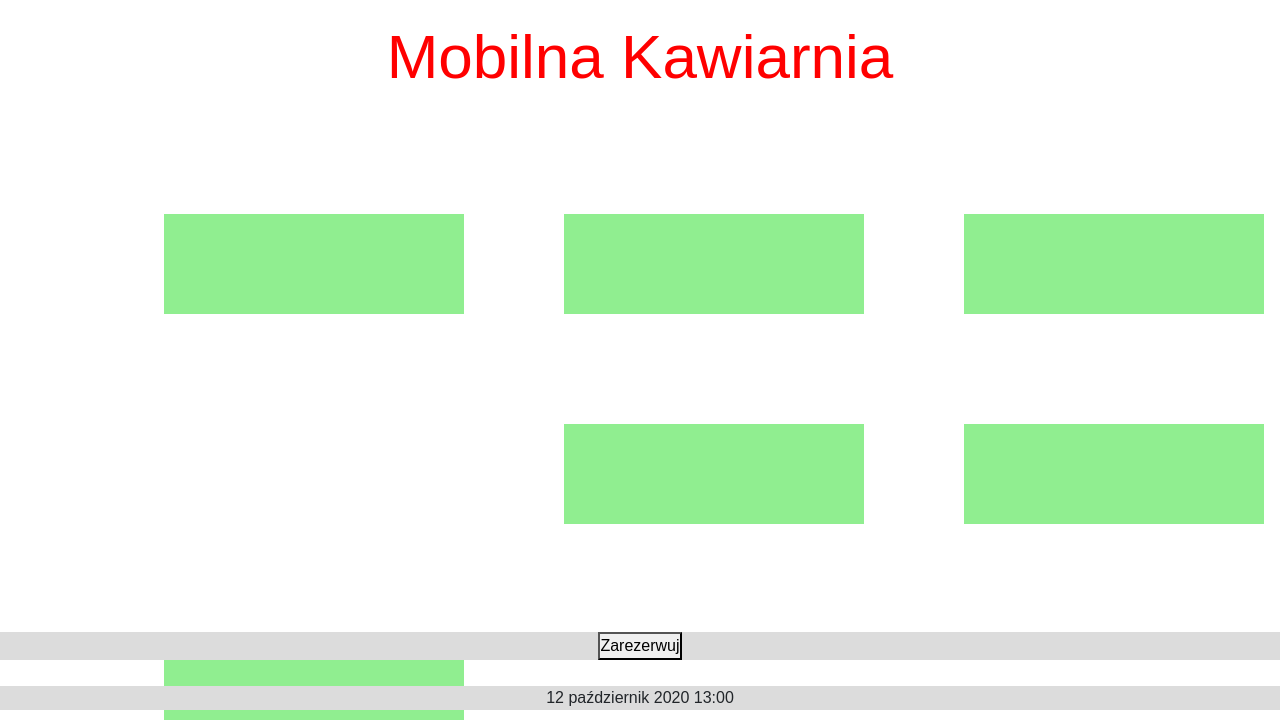
Repository: K009/MobilnaKawiarnia
Page: index.html
The author's editor kept a copy of each file at every save. The page is drawn from the files as they stood at one save, then again after the next save.
The browser window is 1280 px wide. The pictures show the whole page.

Above is the page before, as saved 2020-12-23 17:06:38.

### index.html
<html>
  <head>
    <title>Mobilna Kawiarnia</title>
    <link rel="stylesheet" href="style.css" />
    <script src="scripts.js"></script>
    <link href="https://cdn.jsdelivr.net/npm/bootstrap@5.0.0-beta1/dist/css/bootstrap.min.css" rel="stylesheet" integrity="sha384-giJF6kkoqNQ00vy+HMDP7azOuL0xtbfIcaT9wjKHr8RbDVddVHyTfAAsrekwKmP1" crossorigin="anonymous">
    <script src="https://cdn.jsdelivr.net/npm/bootstrap@5.0.0-beta1/dist/js/bootstrap.bundle.min.js" integrity="sha384-ygbV9kiqUc6oa4msXn9868pTtWMgiQaeYH7/t7LECLbyPA2x65Kgf80OJFdroafW" crossorigin="anonymous"></script>
  </head>
  <body>
    <div class="main">
        <div class="logo">
          <h1><a href="">Mobilna Kawiarnia</a></h1>
        </div>

        <div id="center">

            <div class="tableUp">
                <svg class ="table" width="300" height="110">
                    <rect class ="table" width="300" height="100"/>
                  </svg>
            </div>

            <div class="tableUp">
                <svg width="300" height="110">
                    <rect class ="table" width="300" height="100"/>
                  </svg>
            </div>

            <div class="tableUp">
                <svg width="300" height="110">
                    <rect class ="table" width="300" height="100"/>
                  </svg>
            </div>

            <div class="tableUp">
                <svg width="300" height="110">
                    <rect class ="table" width="300" height="100"/>
                </svg>
            </div>

            <div class="tableUp">
                <svg width="300" height="110">
                    <rect class ="table" width="300" height="100"/>
                </svg>
            </div>

            <div class="tableUp">
                <svg width="300" height="110">
                    <rect class ="table" width="300" height="100" />
                </svg>
            </div>

        </div>

        <div id="bottomButton">
            <button id="submitDate" onclick="submit(this.id)">Zarezerwuj</button>
        </div>

        <div id="bottomMenu">
            12 październik 2020     13:00
        </div>
    </div>

    <script>

    </script>
  </body>
</html>

### style.css
* {
  margin: 0;
  padding: 0;
  font-family: sans-serif;
}
.main {
  width: 100%;
  height: 100vh;
  position: relative;
  overflow: hidden;
  background: white;
}
.logo {
  flex-basis: 20%;
}
.logo h1 {
  text-align: center;
  color: red;
  font-size: 62px;
  margin: 20 20px;
}
.logo h1 a {
  text-decoration: none;
  color: red;
}
#center {
  margin-left: 5%;
}
.tableUp {
  margin: 100 0 0 100px;
  float: left;
}
.table {
  fill: #90ee90;
}
.table:hover {
  fill: #88e388;
}
#bottomButton {
  background-color: gainsboro;
  text-align: center;
  position: absolute;
  width: 100%;
  bottom: 60px;
}
#submitDate {
  font-size: 16px;
}
#bottomMenu {
  background-color: gainsboro;
  text-align: center;
  position: absolute;
  width: 100%;
  bottom: 10px;
}

### scripts.js
console.log('xxdd');

// let submitButton = document.getElementById('submitDate');

// submitButton.onclick = function () {
//   console.log('klikniety!!');
// };

function submit(clicked_id) {
  console.log(clicked_id);
}

After the next save:
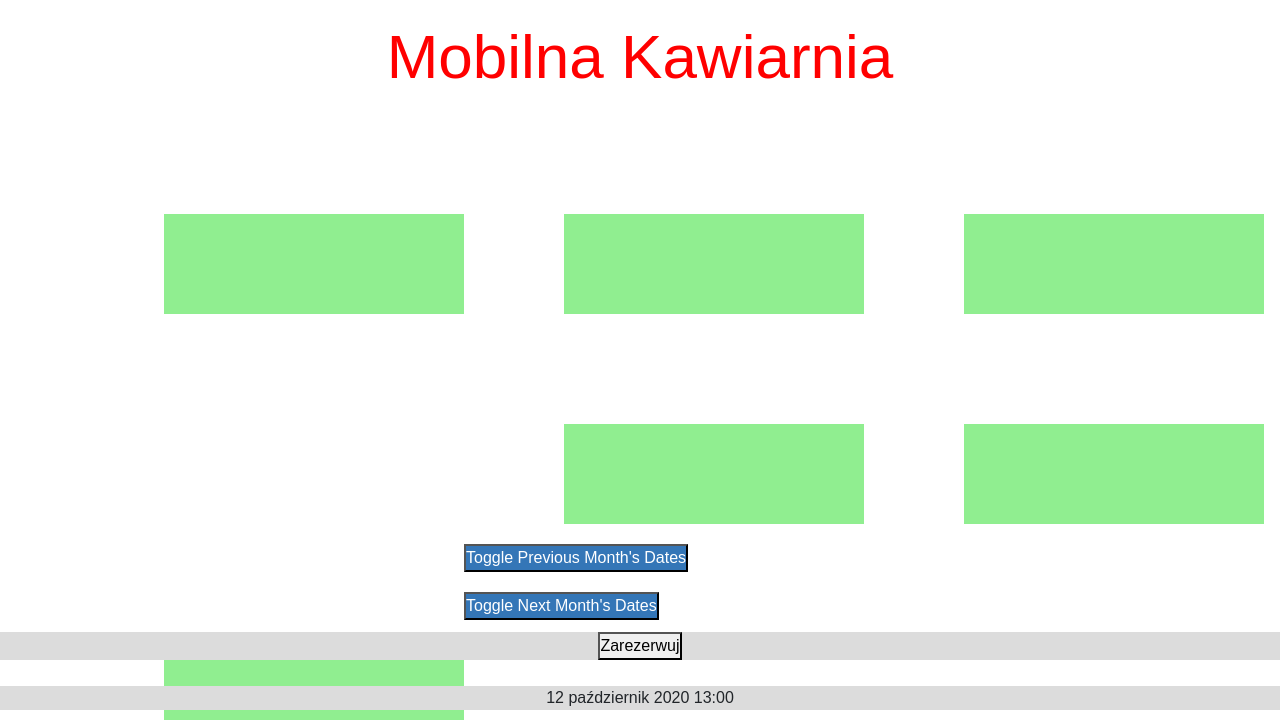
Console error: ReferenceError: YUI is not defined
Saved 45 s later.
--- a/index.html
+++ b/index.html
@@ -59,6 +59,82 @@
         <div id="bottomMenu">
             12 październik 2020     13:00
         </div>
+
+        <!-- Add an additional blue button style -->
+<style>
+    .yui3-button {
+        margin:10px 0px 10px 0px;
+        color: #fff;
+        background-color: #3476b7;
+    }
+    </style>
+
+    <div id="demo" class="yui3-skin-sam yui3-g"> <!-- You need this skin class -->
+
+      <div id="leftcolumn" class="yui3-u">
+         <!-- Container for the calendar -->
+         <div id="mycalendar"></div>
+      </div>
+      <div id="rightcolumn" class="yui3-u">
+       <div id="links" style="padding-left:20px;">
+          <!-- The buttons are created simply by assigning the correct CSS class -->
+          <button id="togglePrevMonth" class="yui3-button">Toggle Previous Month's Dates</button><br>
+          <button id="toggleNextMonth" class="yui3-button">Toggle Next Month's Dates</button><br>
+          Selected date: <span id="selecteddate"></span>
+       </div>
+      </div>
+    </div>
+
+    <script type="text/javascript">
+    YUI().use('calendar', 'datatype-date', 'cssbutton',  function(Y) {
+
+        // Create a new instance of calendar, placing it in
+        // #mycalendar container, setting its width to 340px,
+        // the flags for showing previous and next month's
+        // dates in available empty cells to true, and setting
+        // the date to today's date.
+        var calendar = new Y.Calendar({
+          contentBox: "#mycalendar",
+          width:'340px',
+          showPrevMonth: true,
+          showNextMonth: true,
+          date: new Date()}).render();
+
+        // Get a reference to Y.DataType.Date
+        var dtdate = Y.DataType.Date;
+
+        // Listen to calendar's selectionChange event.
+        calendar.on("selectionChange", function (ev) {
+
+          // Get the date from the list of selected
+          // dates returned with the event (since only
+          // single selection is enabled by default,
+          // we expect there to be only one date)
+          var newDate = ev.newSelection[0];
+
+          // Format the date and output it to a DOM
+          // element.
+          Y.one("#selecteddate").setHTML(dtdate.format(newDate));
+        });
+
+
+        // When the 'Show Previous Month' link is clicked,
+        // modify the showPrevMonth property to show or hide
+        // previous month's dates
+        Y.one("#togglePrevMonth").on('click', function (ev) {
+          ev.preventDefault();
+          calendar.set('showPrevMonth', !(calendar.get("showPrevMonth")));
+        });
+
+        // When the 'Show Next Month' link is clicked,
+        // modify the showNextMonth property to show or hide
+        // next month's dates
+        Y.one("#toggleNextMonth").on('click', function (ev) {
+          ev.preventDefault();
+          calendar.set('showNextMonth', !(calendar.get("showNextMonth")));
+        });
+    });
+    </script>
     </div>
 
     <script>
